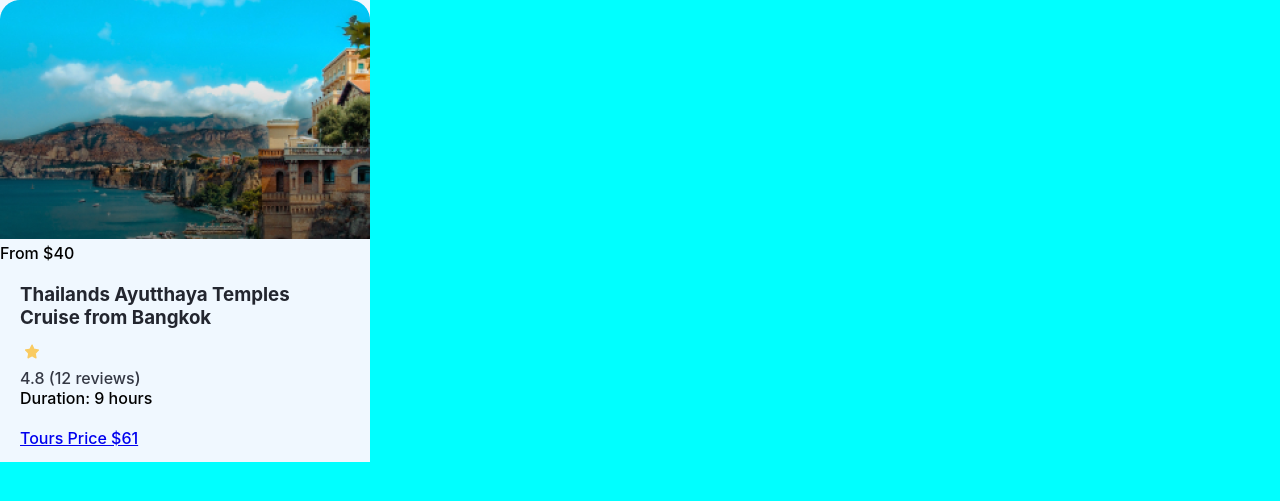
Repository: nguyentuankiet-k61/K_IT-demo
Page: index.html
An editor plug-in stored every save of this project. The page is shown before and after the next save, followed by the edit.
The browser window is 1280 px wide. The pictures show the whole page.
Some web fonts or font styles are not loaded; a fallback is used.

Above is the page before, as saved 2022-09-29 15:30:07.

After the next save:
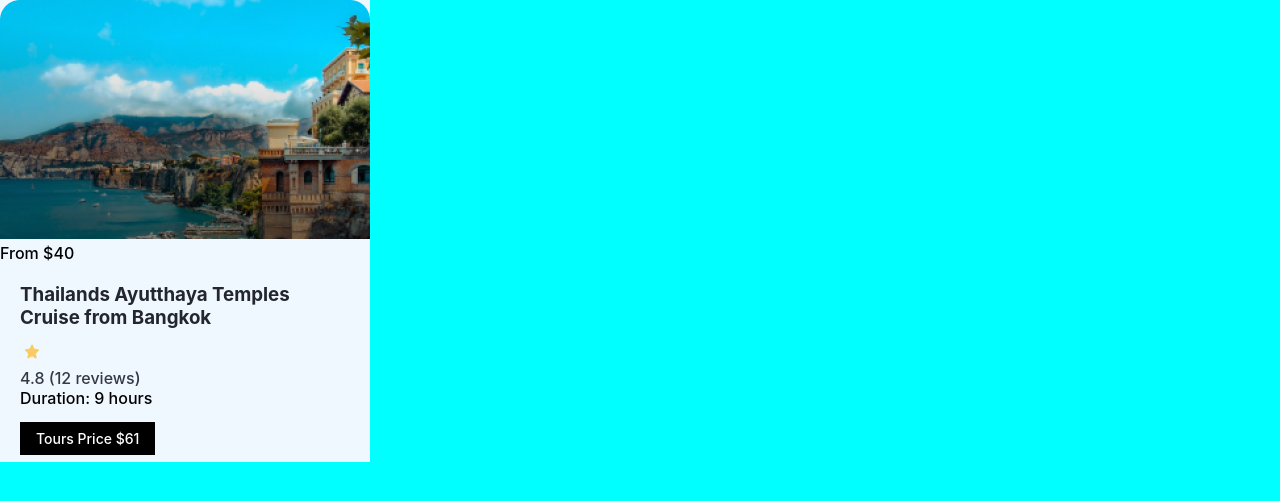
Saved 29 s later.
--- a/CSS/app.css
+++ b/CSS/app.css
@@ -28,7 +28,7 @@ body{
 .Tours_review , .Tours_Ducatiom{
     color: #353945;
 }
-.Tours-botton{
+.Tours_botton{
     font-size: 14px;
     font-family: 500;
     color: white;
